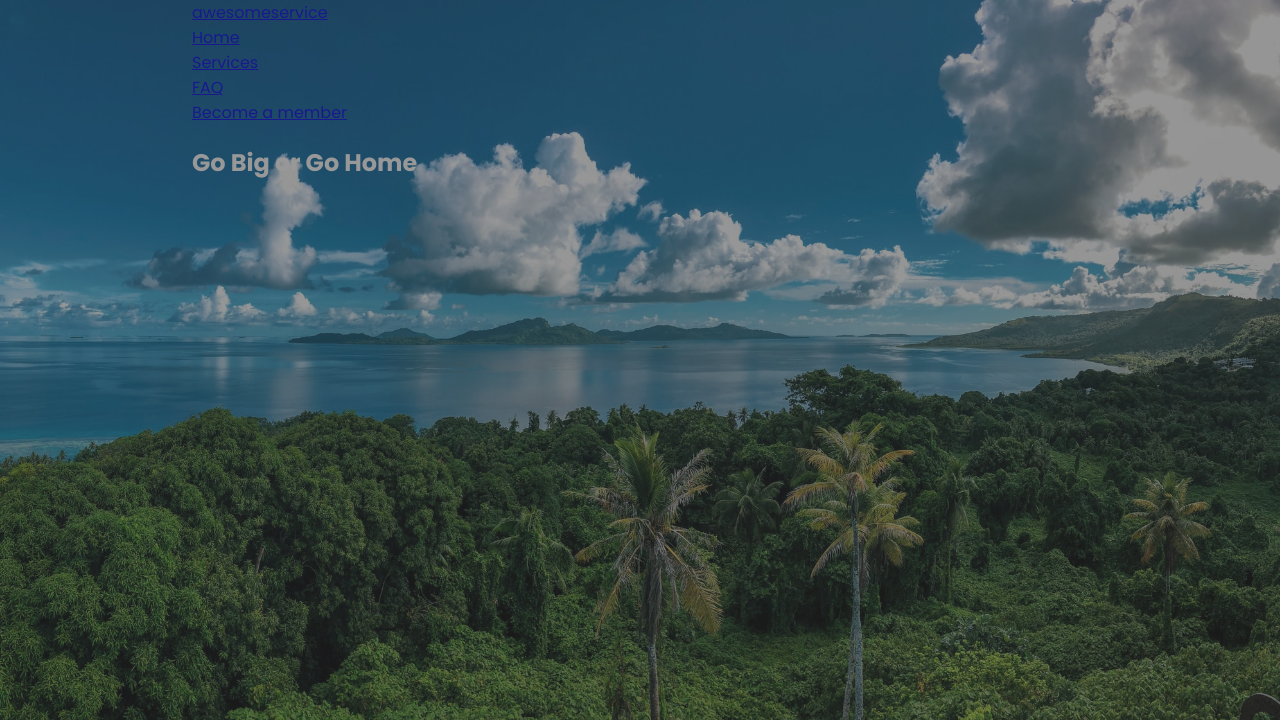
Repository: Hyperion72R/Animated-Navigation
Page: index.html
These files come from the project's save history. The page is drawn as it stood at one moment and after the next save; the edit follows.
The browser window is 1280 px wide. The pictures show the whole page.
The style sheet was rebuilt from its Sass, Less or Tailwind sources for each picture, by a compiler version that may differ from the author's.

Above is the page before, as saved 2021-08-14 16:32:53.

### index.html
<!DOCTYPE html>
<html lang="en">
  <head>
    <meta charset="UTF-8" />
    <meta http-equiv="X-UA-Compatible" content="IE=edge" />
    <meta name="viewport" content="width=device-width, initial-scale=1.0" />
    <title>Document</title>
    <link rel="stylesheet" href="css/main.css" />
  </head>
  <body>
    <header>
      <a href="#" class="logo">awesomeservice</a>

      <nav>
        <ul>
          <li><a href="#">Home</a></li>
          <li><a href="#">Services</a></li>
          <li><a href="#">FAQ</a></li>
          <li class="active"><a href="#">Become a member</a></li>
        </ul>
      </nav>
    </header>

    <section>
      <h1>Go Big or Go Home</h1>
    </section>

    <div class="overlay">
      <div class="left">
        <h2>It's so easy</h2>
        <p>You've got two options!</p>

        <div class="cards">
          <div class="card">
            <strong>Subscribe for $9 per month</strong>
            <p>
              Lorem ipsum dolor, sit amet consectetur adipisicing elit. Lorem
              ipsum dolor sit.
            </p>
            <a href="#" class="cta">Subscribe Now</a>
          </div>

          <div class="card">
            <strong>Pay $99 Once</strong>
            <p>
              Ratione quisquam, nesciunt corrupti magni quis tempora veritatis
              laudantium ex
            </p>
            <a href="#" class="cta pay-once">Pay Once</a>
          </div>
        </div>
      </div>

      <div class="middle">
        <ul class="secondary">
          <li><a href="#">Home</a></li>
          <li><a href="#">Services</a></li>
          <li><a href="#">FAQ</a></li>
          <li><a href="#">Contact</a></li>
        </ul>

        <div class="social-nav">
          <a href="" class="twitter"
            ><svg
              xmlns="http://www.w3.org/2000/svg"
              width="32"
              height="32"
              viewBox="0 -1.15 32 32"
            >
              <path
                d="M24 4.557c-.883.392-1.832.656-2.828.775 1.017-.609 1.798-1.574 2.165-2.724-.951.564-2.005.974-3.127 1.195-.897-.957-2.178-1.555-3.594-1.555-3.179 0-5.515 2.966-4.797 6.045-4.091-.205-7.719-2.165-10.148-5.144-1.29 2.213-.669 5.108 1.523 6.574-.806-.026-1.566-.247-2.229-.616-.054 2.281 1.581 4.415 3.949 4.89-.693.188-1.452.232-2.224.084.626 1.956 2.444 3.379 4.6 3.419-2.07 1.623-4.678 2.348-7.29 2.04 2.179 1.397 4.768 2.212 7.548 2.212 9.142 0 14.307-7.721 13.995-14.646.962-.695 1.797-1.562 2.457-2.549z"
              /></svg
          ></a>
          <a href="" class="facebook"
            ><svg
              xmlns="http://www.w3.org/2000/svg"
              width="32"
              height="32"
              viewBox="0 0 32 32"
            >
              <path
                d="M9 8h-3v4h3v12h5v-12h3.642l.358-4h-4v-1.667c0-.955.192-1.333 1.115-1.333h2.885v-5h-3.808c-3.596 0-5.192 1.583-5.192 4.615v3.385z"
              /></svg
          ></a>
        </div>
      </div>

      <div class="right">
        <svg
          class="exit"
          xmlns="http://www.w3.org/2000/svg"
          width="58"
          height="58"
          viewBox="0 0 58 58"
        >
          <path
            d="M24 20.188l-8.315-8.209 8.2-8.282-3.697-3.697-8.212 8.318-8.31-8.203-3.666 3.666 8.321 8.24-8.206 8.313 3.666 3.666 8.237-8.318 8.285 8.203z"
          />
        </svg>
      </div>
    </div>
  </body>
</html>

### css/main.scss
@import url("https://fonts.googleapis.com/css2?family=Poppins:ital,wght@0,400;0,500;0,600;0,700;0,800;0,900;1,400;1,500;1,600;1,700;1,800;1,900&display=swap");

*,
*:before,
*::after {
  box-sizing: border-box;
}

body::after {
  content: "";
  display: block;
  width: 100%;
  //   height: 108%;
  height: 100%;
  background-color: rgba(51, 51, 51, 0.5);
  //   background-color: rgba(44, 189, 230, 0.8);
  position: absolute;
  top: 0;
  left: 0;
  right: 0;
  bottom: 0;
}

body {
  height: 100vh;
  //   background: #8000ff url("../assets/images/bg.jpg");
  //   background: linear-gradient(rgba(4, 230, 168, 0.8), rgba(44, 189, 230, 0.8)),
  //     url("../assets/images/bg.jpg");
  background: url("../assets/images/bg.jpg");
  background-size: cover;
  color: white;
  font-family: "Poppins";
  margin: 0;
  //   padding: 0;
  //   overflow: hidden;
  background-repeat: no-repeat;
}

ul {
  list-style-type: none;
  margin: 0;
  padding: 0;
}

section,
header {
  width: 70%;
  margin: 0 auto;
}

// .social-nav,
// .right {
//   display: none;
// }

.overlay {
  display: none;
}

After the next save:
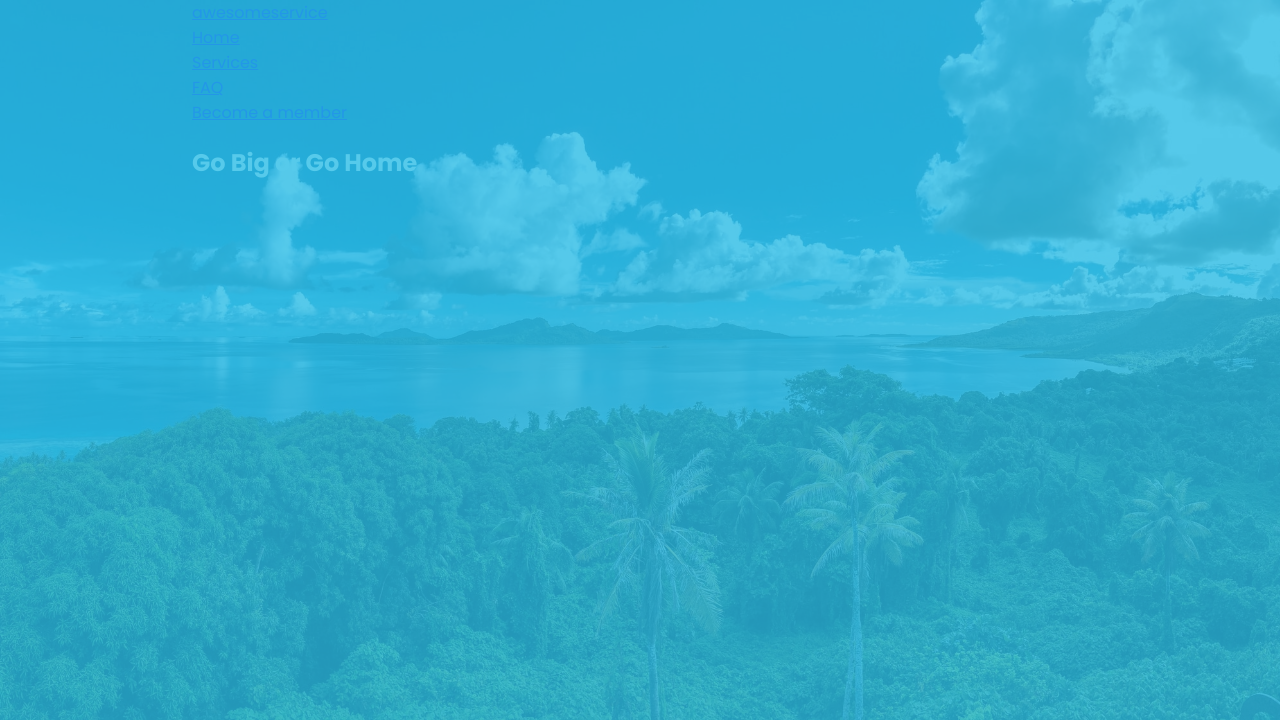
Saved 41 s later.
--- a/css/main.scss
+++ b/css/main.scss
@@ -12,13 +12,14 @@ body::after {
   width: 100%;
   //   height: 108%;
   height: 100%;
-  background-color: rgba(51, 51, 51, 0.5);
-  //   background-color: rgba(44, 189, 230, 0.8);
+  //   background-color: rgba(51, 51, 51, 0.5);
+  background-color: rgba(44, 189, 230, 0.8);
   position: absolute;
   top: 0;
   left: 0;
   right: 0;
   bottom: 0;
+  z-index: 1;
 }
 
 body {
